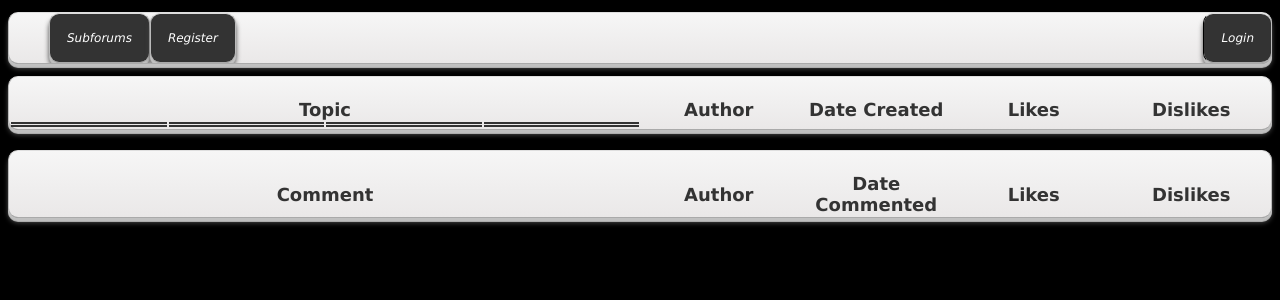
Repository: SuvakovSrdjan/WebForum
Page: http://localhost/Simple-web-forum/TopicView.jsp
The author's editor kept a copy of each file at every save. The page is drawn from the files as they stood at one save, then again after the next save.
The browser window is 1280 px wide. The pictures show the whole page.
The page is served by Tomcat 9. Other server files are loaded and not shown. The template is opened directly, without the code that normally fills it, so the values that code supplies are empty.

Above is the page before, as saved 2017-09-18 01:20:54.

### Simple-web-forum/WebContent/TopicView.jsp
<%@ page language="java" contentType="text/html; charset=UTF-8"
    pageEncoding="UTF-8"%>
<%@taglib uri="http://java.sun.com/jsp/jstl/core" prefix="c"%>
<!DOCTYPE html PUBLIC "-//W3C//DTD HTML 4.01 Transitional//EN" "http://www.w3.org/TR/html4/loose.dtd">
<html>
<head>
<meta http-equiv="Content-Type" content="text/html; charset=UTF-8">
<title>Best Forum EVER</title>
<link rel="stylesheet" type="text/css" href="WEB-SRC/StyleSettingsMainPage.css">
</head>
<body>
<ul>

  <li><a href="MainPageStuff">Subforums</a></li>
  <c:if test ="${user != null}">
  <li><a href="UserPageServlet">User Page</a></li>
  </c:if>
  <li><a href="RegisterServlet">Register</a>
  <c:if test="${user != null}">
<li><form  method="post" action="TopicServlet">
	<input type="submit" value="Like" name="Like" id="submit">
	<input type="submit" value="Dislike" name="disLike" id="submit">
	<input type="submit" value="Follow" name="follow" id="submit">
	<input type="submit" value="EDIT" name="edit" id="submit">
</form></li>
</c:if>
<c:choose>
	<c:when test="${user.accountType == null}">
  		<li><a href="LoginServlet">Login</a></li>
  	</c:when>
  	<c:otherwise>
  		<li><a href="LoginServlet">${user.username} Logout</a></li>
  	</c:otherwise>
</c:choose>
</ul>

<table style="padding-top: 20px;">
	<tr>
		<th colspan="4">Topic</th>
	    <th>Author</th>
	    <th>Date Created</th>
	    <th>Likes</th>
	    <th>Dislikes</th>
	</tr>
		<tr>
			<c:choose>
				<c:when test="${topic.topicType eq 'TEXT'}">
					<td colspan="4">${topic.imageLink}</td>
				</c:when>
				<c:when test="${topic.topicType eq 'IMAGE'}">
				<td colspan="4"><img style="height: 410px; width: 628px;" alt="${topic.name}" src="${topic.imageLink}"></td>
				</c:when>
				<c:when test="${topic.topicType eq 'LINK'}">
					<td colspan="3"><a href="${topic.imageLink}">${topic.name}</a></td>
				</c:when>
			</c:choose>
			<td>${topic.author}</td>
			<td>${topic.dateCreated }</td>
			<td>${topicLikes}</td>
			<td>${topicDislikes}</td>

</tr>

</table>


<table style="padding-top: 20px; margin-top: 20px;">
	<tr>
		<th colspan="4">Comment</th>
	    <th>Author</th>
	    <th>Date Commented</th>
	    <th>Likes</th>
	    <th>Dislikes</th>
	</tr>

		<c:forEach items="${commentsToDisplay}" var="comment" varStatus="i">
		<tr>
			<td colspan="1"><a href="InfiniteCommentServlet?comment=${comment.id}">View Replies</a></td>
					<td colspan="3">${comment.commentContent}</td>
			<td>${comment.author}</td>
			<td>${comment.dateCreated }</td>
			<c:set var="likesCount" value="0" scope="page" />
			<c:set var="DisLikesCount" value="0" scope="page" />
			<c:forEach items="${comment.commentLikesMap}" var="commentLike">
			<c:if test="${commentLike.value == true}">
				<c:set var="likesCount" value="${likesCount + 1}" scope="page"/>
			</c:if>
			<c:if test="${commentLike.value == false}">
				<c:set var="DisLikesCount" value="${DisLikesCount + 1}" scope="page"/>
			</c:if>
			</c:forEach>
			<td>${likesCount}</td>
			<td>${DisLikesCount}</td>
			<c:set var="likesCount" value="0" scope="page" />
			<c:set var="DisLikesCount" value="0" scope="page" />
		</tr>
		</c:forEach>

</table>
<c:if test = "${user != null}">
<form style="padding-top: 20px;" name="msgForm"  method="post" action="TopicServlet">
	<table>
		<tr>
			<td colspan = "2"><textarea style="resize: none;" rows="3" cols="117" name="commentText"></textarea></td>
			<td>Leave a reply:           <input type="submit" name="addComment" value="Add Comment"></td>
		</tr>
	</table>
</form>
</c:if>
</body>
</html>

### Simple-web-forum/WebContent/WEB-SRC/StyleSettingsMainPage.css
@charset "UTF-8";
body {
	background-color: activecaption;
	font: 12px Lucida sans, Arial, Helvetica, sans-serif;
	color: #333;
	text-align: center;
}

h1 {
	color: white;
}
img{
	width: 50px;
	height: 50px;
	white-space: -o-pre-wrap;
    word-wrap: break-word;
    white-space: pre-wrap;
    white-space: -moz-pre-wrap;
    white-space: -pre-wrap;
}
ul {
	list-style-type:none;
    background-color: #444444;
	background-image: -webkit-gradient(linear, left top, left bottom, from(#444444), to(#eae8e8));
	background-image: -webkit-linear-gradient(top, #f6f6f6, #eae8e8);
	background-image: -moz-linear-gradient(top, #444444, #eae8e8);
	background-image: -ms-linear-gradient(top, #f6f6f6, #eae8e8);
	background-image: -o-linear-gradient(top, #f6f6f6, #eae8e8);
	background-image: linear-gradient(top, #f6f6f6, #eae8e8);
	border-color: #dedede #bababa #aaa #bababa;
	border-style: solid;
	border-width: 1px;
	-webkit-border-radius: 10px;
	-moz-border-radius: 10px;
	border-radius: 10px;
	-webkit-box-shadow: 0 3px 3px rgba(255,255,255,.1), 0 3px 0 #bbb, 0 4px 0 #aaa, 0 5px 5px #444;
	-moz-box-shadow: 0 3px 3px rgba(255,255,255,.1), 0 3px 0 #bbb, 0 4px 0 #aaa, 0 5px 5px #444;
	box-shadow: 0 3px 3px rgba(255,255,255,.1), 0 3px 0 #bbb, 0 4px 0 #aaa, 0 5px 5px #444;




    overflow: auto; /* Enable scrolling if the sidenav has too much content */
}
li {
   float: left;
   background-color: #444444;
	background-image: -webkit-gradient(linear, left top, left bottom, from(#444444), to(#eae8e8));
	background-image: -webkit-linear-gradient(top, #f6f6f6, #eae8e8);
	background-image: -moz-linear-gradient(top, #444444, #eae8e8);
	background-image: -ms-linear-gradient(top, #f6f6f6, #eae8e8);
	background-image: -o-linear-gradient(top, #f6f6f6, #eae8e8);
	background-image: linear-gradient(top, #f6f6f6, #eae8e8);
	border-color: #dedede #bababa #aaa #bababa;
	border-style: solid;
	border-width: 1px;
	-webkit-border-radius: 10px;
	-moz-border-radius: 10px;
	border-radius: 10px;
	-webkit-box-shadow: 0 3px 3px rgba(255,255,255,.1), 0 3px 0 #bbb, 0 4px 0 #aaa, 0 5px 5px #444;
	-moz-box-shadow: 0 3px 3px rgba(255,255,255,.1), 0 3px 0 #bbb, 0 4px 0 #aaa, 0 5px 5px #444;
	box-shadow: 0 3px 3px rgba(255,255,255,.1), 0 3px 0 #bbb, 0 4px 0 #aaa, 0 5px 5px #444;

	overflow: hidden;
	padding: 0px;
}
li:last-child {
    border-right-style: none;
    border-left-style: inset;
    border-left-color: #111111;
    float:right;
}
a {
    display: block;
    padding: 17px;
    background-color: #333333;
}

table{
	list-style-type: circle;
    background-color: #444444;
	background-image: -webkit-gradient(linear, left top, left bottom, from(#444444), to(#eae8e8));
	background-image: -webkit-linear-gradient(top, #f6f6f6, #eae8e8);
	background-image: -moz-linear-gradient(top, #444444, #eae8e8);
	background-image: -ms-linear-gradient(top, #f6f6f6, #eae8e8);
	background-image: -o-linear-gradient(top, #f6f6f6, #eae8e8);
	background-image: linear-gradient(top, #f6f6f6, #eae8e8);
	border-color: #dedede #bababa #aaa #bababa;
	border-style: solid;
	border-width: 1px;
	-webkit-border-radius: 10px;
	-moz-border-radius: 10px;
	border-radius: 10px;
	-webkit-box-shadow: 0 3px 3px rgba(255,255,255,.1), 0 3px 0 #bbb, 0 4px 0 #aaa, 0 5px 5px #444;
	-moz-box-shadow: 0 3px 3px rgba(255,255,255,.1), 0 3px 0 #bbb, 0 4px 0 #aaa, 0 5px 5px #444;
	box-shadow: 0 3px 3px rgba(255,255,255,.1), 0 3px 0 #bbb, 0 4px 0 #aaa, 0 5px 5px #444;
	table-layout: fixed;
	width: 100%;



    overflow: auto; /* Enable scrolling if the sidenav has too much content */
}

 td {
 	background-color: light-yellow;
 	Width: auto;
	Height: auto;
    border-style: none;
    border-top: thick double #333333;
	color: black;
	font-size: medium;
	text-align: left;
	white-space: -o-pre-wrap;
    word-wrap: break-word;
    white-space: pre-wrap;
    white-space: -moz-pre-wrap;
    white-space: -pre-wrap;
    padding: 0px;
 }
 td:img {
 	background-color: light-yellow;
 	Width: 250px;
	Height: 250px;
    border-style: none;
    border-top: thick double #333333;
	color: black;
	font-size: medium;
	text-align: left;
	white-space: -o-pre-wrap;
    word-wrap: break-word;
    white-space: pre-wrap;
    white-space: -moz-pre-wrap;
    white-space: -pre-wrap;
    padding: 0px;
 }
th {
 	background-color: light-yellow;
 	Width: auto;
	Height: auto;
	font-size: large;
    border-style: none;
    padding: 0px;
 }

header {
    background-color: #84e3e9;
    padding: 20px 0;
    padding-left:50px;
	padding-right:50px;
}
a:link {
    color: white;
    text-decoration: none;
    font-style: oblique;
}

/* visited link */
a:visited {
    color: white;
    text-decoration: none;
    font-style: oblique;
}

/* mouse over link */
a:hover {
    background-color: #31b2c3;
	background-image: -webkit-gradient(linear, left top, left bottom, from(#0483a0), to(#31b2c3));
	background-image: -webkit-linear-gradient(top, #0483a0, #31b2c3);
	background-image: -moz-linear-gradient(top, #0483a0, #31b2c3);
	background-image: -ms-linear-gradient(top, #0483a0, #31b2c3);
	background-image: -o-linear-gradient(top, #0483a0, #31b2c3);
	background-image: linear-gradient(top, #0483a0, #31b2c3);
}

/* selected link */
a:active {
    -webkit-box-shadow: 0 1px 4px rgba(0, 0, 0, 0.5) inset;
	-moz-box-shadow: 0 1px 4px rgba(0, 0, 0, 0.5) inset;
	box-shadow: 0 1px 4px rgba(0, 0, 0, 0.5) inset;
	outline: 0;
}


.form-wrapper {
	background-color: #444444;
	background-image: -webkit-gradient(linear, left top, left bottom, from(#444444), to(#eae8e8));
	background-image: -webkit-linear-gradient(top, #f6f6f6, #eae8e8);
	background-image: -moz-linear-gradient(top, #444444, #eae8e8);
	background-image: -ms-linear-gradient(top, #f6f6f6, #eae8e8);
	background-image: -o-linear-gradient(top, #f6f6f6, #eae8e8);
	background-image: linear-gradient(top, #f6f6f6, #eae8e8);
	border-color: #dedede #bababa #aaa #bababa;
	border-style: solid;
	border-width: 1px;
	-webkit-border-radius: 10px;
	-moz-border-radius: 10px;
	border-radius: 10px;
	-webkit-box-shadow: 0 3px 3px rgba(255,255,255,.1), 0 3px 0 #bbb, 0 4px 0 #aaa, 0 5px 5px #444;
	-moz-box-shadow: 0 3px 3px rgba(255,255,255,.1), 0 3px 0 #bbb, 0 4px 0 #aaa, 0 5px 5px #444;
	box-shadow: 0 3px 3px rgba(255,255,255,.1), 0 3px 0 #bbb, 0 4px 0 #aaa, 0 5px 5px #444;

	overflow: hidden;
	padding: 2px;
	width: 450px;
}

.form-wrapper #search {
	border: 1px solid #;
	-webkit-box-shadow: 0 1px 1px #ddd inset, 0 1px 0 #FFF;
	-moz-box-shadow: 0 1px 1px #ddd inset, 0 1px 0 #FFF;
	box-shadow: 0 1px 1px #ddd inset, 0 1px 0 #FFF;
	-webkit-border-radius: 3px;
	-moz-border-radius: 3px;
	border-radius: 3px;
  color: #999;
	float: left;
	font: 16px Lucida Sans, Trebuchet MS, Tahoma, sans-serif;
	height: 12px;
	padding: 10px;
	width: 320px;
}
form{
	float: left;
}

.form-wrapper #search:focus {
	border-color: #aaa;
	-webkit-box-shadow: 0 1px 1px #bbb inset;
	-moz-box-shadow: 0 1px 1px #bbb inset;
	box-shadow: 0 1px 1px #bbb inset;
	outline: 0;
}

.form-wrapper #search:-moz-placeholder,
.form-wrapper #search:-ms-input-placeholder,
.form-wrapper #search::-webkit-input-placeholder {
	color: #999;
	font-weight: normal;
}

.form-wrapper #submit {
	background-color: #0483a0;
	background-image: -webkit-gradient(linear, left top, left bottom, from(#31b2c3), to(#0483a0));
	background-image: -webkit-linear-gradient(top, #31b2c3, #0483a0);
	background-image: -moz-linear-gradient(top, #31b2c3, #0483a0);
	background-image: -ms-linear-gradient(top, #31b2c3, #0483a0);
	background-image: -o-linear-gradient(top, #31b2c3, #0483a0);
	background-image: linear-gradient(top, #31b2c3, #0483a0);
	border: 1px solid #00748f;
	-moz-border-radius: 3px;
	-webkit-border-radius: 3px;
	border-radius: 3px;
	-webkit-box-shadow: 0 1px 0 rgba(255, 255, 255, 0.3) inset, 0 1px 0 #FFF;
	-moz-box-shadow: 0 1px 0 rgba(255, 255, 255, 0.3) inset, 0 1px 0 #FFF;
	box-shadow: 0 1px 0 rgba(255, 255, 255, 0.3) inset, 0 1px 0 #FFF;
	color: #fafafa;
	cursor: pointer;
	height: 42px;
	float: right;
	font: 15px Arial, Helvetica;
	padding: 0;
	text-transform: uppercase;
	text-shadow: 0 1px 0 rgba(0, 0 ,0, .3);
	width: 100px;
}

.form-wrapper #submit:hover,
.form-wrapper #submit:focus {
	background-color: #31b2c3;
	background-image: -webkit-gradient(linear, left top, left bottom, from(#0483a0), to(#31b2c3));
	background-image: -webkit-linear-gradient(top, #0483a0, #31b2c3);
	background-image: -moz-linear-gradient(top, #0483a0, #31b2c3);
	background-image: -ms-linear-gradient(top, #0483a0, #31b2c3);
	background-image: -o-linear-gradient(top, #0483a0, #31b2c3);
	background-image: linear-gradient(top, #0483a0, #31b2c3);
}

.form-wrapper #submit:active {
	-webkit-box-shadow: 0 1px 4px rgba(0, 0, 0, 0.5) inset;
	-moz-box-shadow: 0 1px 4px rgba(0, 0, 0, 0.5) inset;
	box-shadow: 0 1px 4px rgba(0, 0, 0, 0.5) inset;
	outline: 0;
}

.form-wrapper #submit::-moz-focus-inner {
	border: 0;
}

form #submit {
	background-color: #0483a0;
	background-image: -webkit-gradient(linear, left top, left bottom, from(#31b2c3), to(#0483a0));
	background-image: -webkit-linear-gradient(top, #31b2c3, #0483a0);
	background-image: -moz-linear-gradient(top, #31b2c3, #0483a0);
	background-image: -ms-linear-gradient(top, #31b2c3, #0483a0);
	background-image: -o-linear-gradient(top, #31b2c3, #0483a0);
	background-image: linear-gradient(top, #31b2c3, #0483a0);
	border: 1px solid #00748f;
	-moz-border-radius: 3px;
	-webkit-border-radius: 3px;
	border-radius: 3px;
	-webkit-box-shadow: 0 1px 0 rgba(255, 255, 255, 0.3) inset, 0 1px 0 #FFF;
	-moz-box-shadow: 0 1px 0 rgba(255, 255, 255, 0.3) inset, 0 1px 0 #FFF;
	box-shadow: 0 1px 0 rgba(255, 255, 255, 0.3) inset, 0 1px 0 #FFF;
	color: #fafafa;
	cursor: pointer;
	height: 47px;
	float: right;
	font: 15px Arial, Helvetica;
	padding: 0px;
	text-transform: uppercase;
	text-shadow: 0 1px 0 rgba(0, 0 ,0, .3);
	width: 100px;
}

form #submit:hover,
form #submit:focus {
	background-color: #31b2c3;
	background-image: -webkit-gradient(linear, left top, left bottom, from(#0483a0), to(#31b2c3));
	background-image: -webkit-linear-gradient(top, #0483a0, #31b2c3);
	background-image: -moz-linear-gradient(top, #0483a0, #31b2c3);
	background-image: -ms-linear-gradient(top, #0483a0, #31b2c3);
	background-image: -o-linear-gradient(top, #0483a0, #31b2c3);
	background-image: linear-gradient(top, #0483a0, #31b2c3);
}

form #submit:active {
	-webkit-box-shadow: 0 1px 4px rgba(0, 0, 0, 0.5) inset;
	-moz-box-shadow: 0 1px 4px rgba(0, 0, 0, 0.5) inset;
	box-shadow: 0 1px 4px rgba(0, 0, 0, 0.5) inset;
	outline: 0;
}

form #submit::-moz-focus-inner {
	border: 0;
}

After the next save:
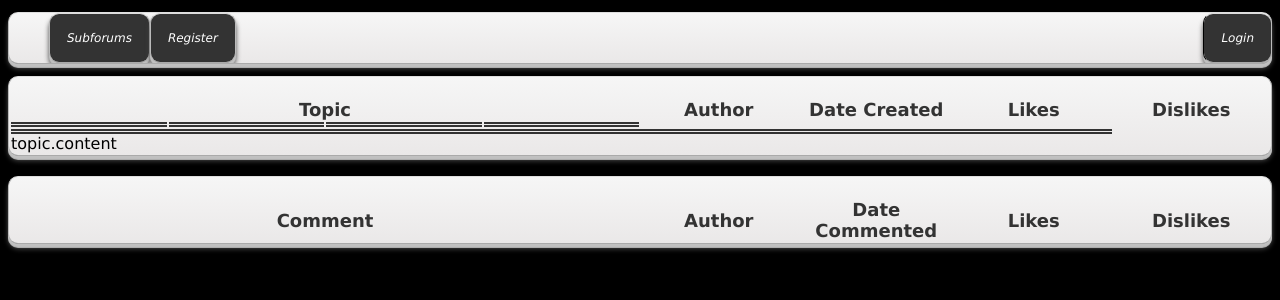
Saved 119 s later.
--- a/Simple-web-forum/WebContent/TopicView.jsp
+++ b/Simple-web-forum/WebContent/TopicView.jsp
@@ -60,7 +60,7 @@
 			<td>${topicDislikes}</td>
 
 </tr>
-
+	<tr><td colspan ="7">topic.content</tr>
 </table>
 
 
